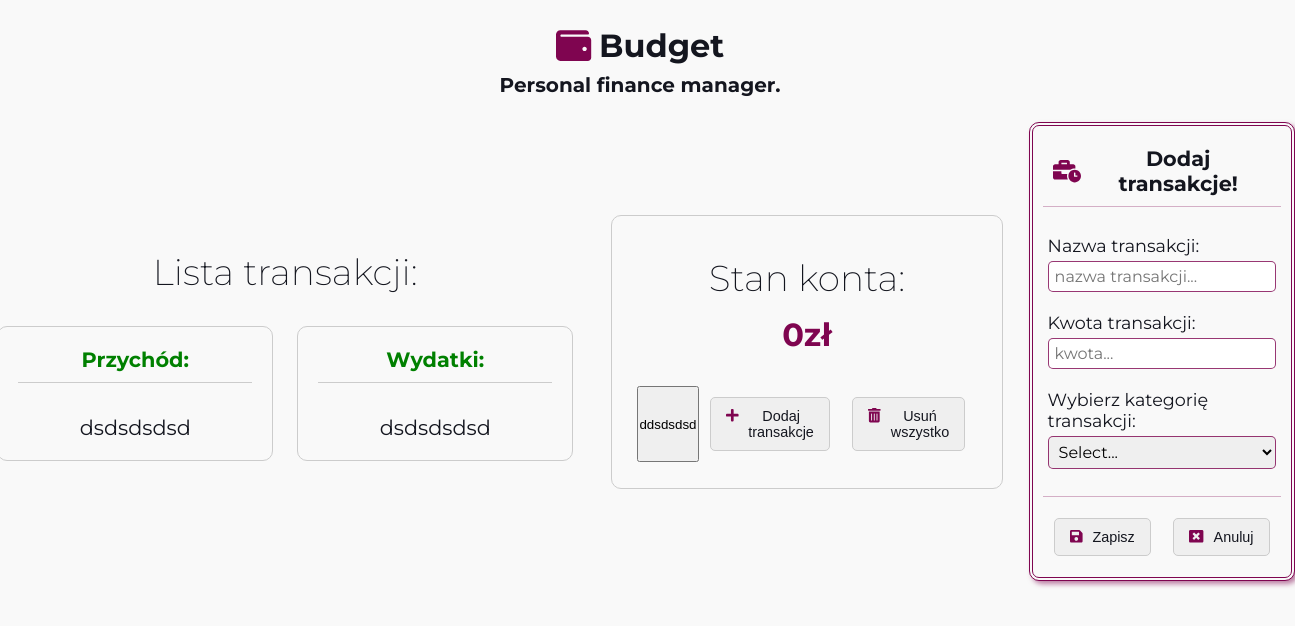
Repository: KrzysKolo/sr_tydzien4_zad4
Page: /
An editor plug-in stored every save of this project. The page is shown before and after the next save, followed by the edit.
The browser window is 1280 px wide. The page is 1295 px wide, then 1280 px, so the pictures cover 1295 px, including what lies to the right of the window. The pictures show the whole page.
Some web libraries are served in a nearby version. The project was rebuilt for these pictures with package versions that can differ from the ones it lists, and the page was loaded fresh each time. Also part of the build but not shown: src/components/budgetComponents/formComponents/ErrorMessage.js.

Above is the page before, as saved 2020-12-03 17:50:40.

### public/index.html
<!DOCTYPE html>
<html lang="en">
  <head>
    <meta charset="utf-8" />
    <link rel="icon" href="%PUBLIC_URL%/favicon.ico" />
    <meta name="viewport" content="width=device-width, initial-scale=1" />
    <meta name="theme-color" content="#000000" />
    <meta
      name="description"
      content="Web site created using create-react-app"
    />
    <link rel="apple-touch-icon" href="%PUBLIC_URL%/logo192.png" />
    <!--
      manifest.json provides metadata used when your web app is installed on a
      user's mobile device or desktop. See https://developers.google.com/web/fundamentals/web-app-manifest/
    -->
    <link rel="manifest" href="%PUBLIC_URL%/manifest.json" />
    <!--
      Notice the use of %PUBLIC_URL% in the tags above.
      It will be replaced with the URL of the `public` folder during the build.
      Only files inside the `public` folder can be referenced from the HTML.

      Unlike "/favicon.ico" or "favicon.ico", "%PUBLIC_URL%/favicon.ico" will
      work correctly both with client-side routing and a non-root public URL.
      Learn how to configure a non-root public URL by running `npm run build`.
    -->
    <link
      href="https://fonts.googleapis.com/css?family=Montserrat:200,400,700&display=swap&subset=latin-ext"
      rel="stylesheet"
    />
    <script
      src="https://kit.fontawesome.com/327a0d490c.js"
      crossorigin="anonymous"
    ></script>
    <title>Budget</title>
  </head>
  <body>
    <noscript>You need to enable JavaScript to run this app.</noscript>
    <div id="root"></div>
    <!--
      This HTML file is a template.
      If you open it directly in the browser, you will see an empty page.

      You can add webfonts, meta tags, or analytics to this file.
      The build step will place the bundled scripts into the <body> tag.

      To begin the development, run `npm start` or `yarn start`.
      To create a production bundle, use `npm run build` or `yarn build`.
    -->
  </body>
</html>

### src/App.js
import React from 'react';
import Budget from './components/Budget'

const App = () => {
  return (
    <>
      <Budget/>
    </>
  )
}

export default App;

### src/components/Budget.js
import React from 'react';
import Header from './budgetComponents/Header';
import Section from './budgetComponents/Section';
import SectionInfo from './budgetComponents/SectionInfo';
import H2 from './budgetComponents/sectionComponents/H2';
import styled, { createGlobalStyle } from 'styled-components';

const GlobalStyle = createGlobalStyle`
    * {
        padding: 0;
        margin: 0;
        box-sizing: border-box;
    }
    body {
        background-color: #f9f9f9;
        color: #14161f;
        font-family: "Montserrat", sans-serif;
        font-size: 16px;
        min-height: 100vh;
    }
    `;
const Container = styled.main`
    font-size: 1.5rem;
`;
const SectionContainer = styled.section`
    display: flex;
    flex-direction: row;
    justify-content: center;
    align-items: center;
`;
const SectionBudget = styled.section`
    display: flex;
    flex-direction: column;
    justify-content: center;
    align-items: center;
`;
const DivItems = styled.div`
    display: flex;
    flex-direction: row;
    justify-content: center;
    align-items: center;

`;
const Budget = () => {
    return (
        <>
            <GlobalStyle />
            <Container>
                <Header />
                <SectionContainer>
                    <SectionBudget>
                        <H2 title={"Lista transakcji"} />
                        <DivItems>
                            <Section title={"Przychód"} label={"p"}/>
                            <Section title={"Wydatki"}/>
                        </DivItems>
                    </SectionBudget>
                    <SectionInfo title={"Stan konta"}/>
                </SectionContainer>
            </Container>

        </>
    )
}

export default Budget;

### src/components/budgetComponents/Header.js
import React from 'react';
import styled from 'styled-components';
import { FontAwesomeIcon } from '@fortawesome/react-fontawesome';
import { faWallet } from '@fortawesome/free-solid-svg-icons';

const SectionHeader = styled.header`
    align-items: center;
    color: rgb(127, 5, 80);
    display: flex;
    font-size: 2.2rem;
    flex-direction: column;
    justify-content: center;
    padding: 2%;
`;
const DivHeader = styled.div`
    align-items: center;
    display: flex;
    flex-direction: row;
    justify-content: center;
    margin-bottom: 0.5rem;
`;
const H1Header = styled.h1`
    color: #14161f;
    font-size: 2rem;
    margin-left: .5rem;
`;
const H2Header = styled.h2`
    color: #14161f;
    font-size: 1.25rem;
`;
const Header = () => {
    return (
        <SectionHeader>
            <DivHeader>
                <FontAwesomeIcon icon={faWallet}/>
                <H1Header>Budget</H1Header>
            </DivHeader>
            <H2Header>Personal finance manager.</H2Header>
        </SectionHeader>
    )
}

export default Header;

### src/components/budgetComponents/Section.js
import React from 'react';
import { H1 }from './sectionComponents/index';
import styled from 'styled-components';

const SectionWrapper = styled.section`
    border: 1px solid #ccc;
    border-radius: 10px;
    display: flex;
    flex-direction: column;
    font-size: 1.3rem;
    justify-content: center;
    align-items: center;
    margin: 2%;
    padding: 20px;
    width: 300px;
`;
const Section = ({ title, label }) => {
    return (
        <SectionWrapper>
           <H1 title={title} label={label}> </H1>
           <p>dsdsdsdsd</p>
        </SectionWrapper>
    )
}

export default Section;

### src/components/budgetComponents/SectionInfo.js
import React, { useState } from 'react';
import { H2, P } from './sectionComponents/index';
import Form from './Form';
import Button from './../budgetComponents/buttons/Button';
import styled from 'styled-components';
import { faPlus,  faTrashAlt } from '@fortawesome/free-solid-svg-icons';
const SectionWrapper = styled.section`
    border: 1px solid #ccc;
    border-radius: 10px;
    display: flex;
    flex-direction: column;
    margin: 2vw;
    padding: 2%;
`;
const ButtonWrapper = styled.div`
    display: flex;
    flex-direction: row;
`;

const SectionInfo = ({ title }) => {
    const [showForm, setShowForm] = useState(true);
    const openForm = () =>{
        console.log("aaaaa");
        setShowForm(prev => !prev);
  };
    return (
        <>
        <SectionWrapper>
           <H2 title={title}> </H2>
           <P />
           <ButtonWrapper>
               <button onClick={openForm}>ddsdsdsd</button>
                <Button onClick={openForm} title="Dodaj transakcje" icons={faPlus} />
                <Button title="Usuń wszystko" icons={faTrashAlt} type="submit"/>
           </ButtonWrapper>

        </SectionWrapper>
        <Form showForm={showForm} setShowForm={setShowForm} />
        </>
    )
}

export default SectionInfo;

### src/components/budgetComponents/sectionComponents/H2.js
import React from 'react'
import styled from 'styled-components';

const TitleH2 = styled.h2`
    font-weight: 200;
    margin: 2% auto;
    padding: 0.5rem;
`;

const H2 = ({title}) => {
    return (
        <TitleH2>
            {title}:
        </TitleH2>
    )
}

export default H2;

### src/components/budgetComponents/sectionComponents/index.js
export { default as H1 } from './H1';
export { default as H2 } from './H2';
export { default as P } from './P';

### src/components/budgetComponents/Form.js
import React, { useState } from 'react';
import { Header, Input, Select } from './formComponents/';
import Button from './buttons/Button';
import styled from 'styled-components';
import SelectOptions from './../data/SelectOptions';
import { faBusinessTime, faSave, faWindowClose } from '@fortawesome/free-solid-svg-icons';
import { useFormik } from 'formik';
import * as yup from 'yup';

const FormWrapper = styled.form`

    background-color: #f9f9f9;
    border: 4px double rgb(127, 5, 80);
    border-radius: 10px;
    box-shadow: 3px 3px 5px rgba(127, 5, 80, 0.5);
    color: rgb(127, 5, 80);
    margin: 0 auto;
    padding: 10px;
    width: 30vw;
`;
const ButtonWrapper = styled.div`
    display: flex;
    flex-direction: row;
    justify-content: center;
    border-top: 1px solid rgba(127, 5, 80, 0.3);
    padding-top: 10px;
    margin-top: 1.4rem;
`;

const FormData = ({ showForm }) => {
    const initialValues  = {
        name: '',
        amount: '',
        category: -1,
    };
    const validationSchema = yup.object({
        name: yup.string().required("Required").min(3, "Musi być min 3 znaki").max(50,"Moze być max 50 znaków"),
        amount: yup.number().required("Required").min(1, "Musi być conajmniej 1 cyfra"),
        category: yup.number().required("Musi być wybrane").min(0, ).max(5),
    })
    const onSubmit = ( values, {resetForm} ) => {
        console.log('Form data', values);
        setShowMessage(true);
        resetForm();
    };
    const [ showMessage, setShowMessage ] = useState(false);
    const formik = useFormik({
        initialValues,
        validationSchema,
        onSubmit,
    });
    return (
        <>
        { showForm &&
        <FormWrapper onSubmit={formik.handleSubmit}>
            <Header icons={faBusinessTime} title={"Dodaj transakcje!"} />
            <Input type="text" label="Nazwa transakcji" name="name" placeholder="nazwa transakcji..." onChange={formik.handleChange} value={formik.values.name} onBlur={formik.handleBlur} error={formik.errors.name} message={formik.errors.name} touched={formik.touched.name} />
            <Input type="text" label="Kwota transakcji" name="amount" placeholder="kwota..." onChange={formik.handleChange} value={formik.values.amount} onBlur={formik.handleBlur} error={formik.errors.amount} message={formik.errors.amount} touched={formik.touched.amount}/>
            <Select options={SelectOptions} label="Wybierz kategorię transakcji" name="category" onChange={formik.handleChange} value={formik.values.category} onBlur={formik.handleBlur} error={formik.errors.category} message={formik.errors.category} touched={formik.touched.category}/>
            <ButtonWrapper>
                <Button type="save" title="Zapisz" icons={faSave}/>
                <Button title="Anuluj" icons={faWindowClose} type="cancel"  />
            </ButtonWrapper>
        </FormWrapper>
        }
        </>
    )
}

export default FormData;

### src/components/budgetComponents/buttons/Button.js
import React from 'react';
import styled from 'styled-components';
import { FontAwesomeIcon } from '@fortawesome/react-fontawesome';

const ButtonDiv = styled.button`
    border: 1px solid #ccc;
    border-radius: 5px;
    margin: 0.7rem;
    padding: 10px 15px;
    display: flex;
    flex-direction: row;
    color: rgb(127, 5, 80);
    font-size: 0.9rem;
    cursor: pointer;
    transition: 0.3s ease-in-out;
    &:hover {
        border: 1px solid rgba(127, 5, 80, 0.4);
        background-color:  #f9f9f9;
        color: rgba(127, 5, 80, 0.5);
    }
`;
const ButtonTitleDiv = styled.div`
    margin-left: 10px;
    color: #14161f;
`;
const Button = ({ title, icons }) => {
    return (
        <ButtonDiv>
            <FontAwesomeIcon icon={icons} />
            <ButtonTitleDiv>{title}</ButtonTitleDiv>
        </ButtonDiv>
    )
}

export default Button;

### src/components/budgetComponents/sectionComponents/H1.js
import React from 'react'
import styled from 'styled-components';

const TitleH1 = styled.h1`
    border-bottom: 1px solid #ccc;
    color: ${label => label ? 'green' : 'red'};
    margin-bottom: 2rem;
    padding-bottom: 10px;
    display: block;
    width: 100%;
    text-align: center;
`;

const H1 = ({title, label}) => {
    return (
        <TitleH1>
            {title}:
        </TitleH1>
    )
}

export default H1;

### src/components/budgetComponents/sectionComponents/P.js
import React from 'react';
import styled from 'styled-components';

const InfoP = styled.p`
    color: rgb(127, 5, 80);
    font-size: 2rem;
    font-weight: bold;
    width: 100%auto;
    text-align: center;
    padding-bottom: 2rem;
`;

const P = () => {
    return (
        <InfoP>
            0zł
        </InfoP>
    )
}

export default P;

### src/components/budgetComponents/formComponents/index.js
export { default as Header } from './Header';
export { default as Input } from './Input';
export { default as ErrorMessage } from './ErrorMessage';
export { default as Select } from './Select';

### src/components/data/SelectOptions.js
const SelectOptions=[
    { id: -1, value: "-1", label:"", title: 'Select...' },
    { id: 0, value: "0", label:"[+]", title: 'Przychód' },
    { id: 1, value: "1", label:"[-]", title: 'Rachunki' },
    { id: 2, value: "2", label:"[-]", title: 'Sport' },
    { id: 3, value: "3", label:"[-]", title: 'Wyżywienie' },
    { id: 4, value: "4", label:"[-]", title: 'Kultura' },
    { id: 5, value: "5", label:"[-]", title: 'Wypoczynek' },
];
export default SelectOptions;

### src/components/budgetComponents/formComponents/Header.js
import React from 'react';
import styled from 'styled-components';
import { FontAwesomeIcon } from '@fortawesome/react-fontawesome';

const TitleH1 = styled.h1`
    border-bottom: 1px solid rgba(127, 5, 80, 0.3);
    display: flex;
    flex-direction: row;
    justify-content: center;
    align-items: center;
    font-size: 1.4rem;
    padding: 10px;
    text-align: center;
    margin-bottom: 1.4rem;
`;
const TitleDiv = styled.div`
    color: #14161f;
    font-family: "Montserrat", sans-serif;
    font-size: 1.3rem;
    font-weight: 600;
    margin-left: 5px;
`;
const Header = ({ title, icons } ) => {
    return (
        <TitleH1>
            <FontAwesomeIcon icon={icons}/>
            <TitleDiv>{title}</TitleDiv>
        </TitleH1>
    )
}

export default Header;

### src/components/budgetComponents/formComponents/Input.js
import React from 'react';
import styled from 'styled-components';
import ErrorMessage from './ErrorMessage';

const InputWrapper = styled.div`
    display: flex;
    flex-direction: column;
    justify-content: flex-start;
    color: #14161f;
    font-family: "Montserrat", sans-serif;
    padding: 5px;
    margin: 10px 0;
`;
const InputLabel = styled.label`
    padding-bottom: 5px;
    font-size: 1.1rem;
`;
const inputStyles = (error) => `
    padding: 5px 6px;
    border: 1px solid ${error ? '#d3170d' : 'rgba(127, 5, 80, 0.8)'};
    border-radius: 5px;
    font-family: inherit;
    font-size: 1rem;
`;
const InputContainer = styled.input`
    ${props => inputStyles(props.error && props.touched)}
`;
const Input = (props) => {
    const { label, name, message, error, touched, onClick} = props;
    return (
        <InputWrapper onClick={onClick}>
                <InputLabel htmlFor={name}>{label}:</InputLabel>
                <InputContainer {...props} id={name} />
                { error && touched && <ErrorMessage message={message}/>}
        </InputWrapper>
    )
}

export default Input;

### src/components/budgetComponents/formComponents/Select.js
import React from 'react';
import styled from 'styled-components';
import ErrorMessage from './ErrorMessage';

const SelectWrapper = styled.div`
    display: flex;
    flex-direction: column;
    justify-content: flex-start;
    color: #14161f;
    font-family: "Montserrat", sans-serif;
    padding: 5px;
    margin: 10px 0;
`;
const SelectLabel = styled.label`
    padding-bottom: 5px;
    font-size: 1.1rem;
`;
const selectStyles = (error) => `
    padding: 5px 6px;
    border: 1px solid ${error ? '#d3170d' : 'rgba(127, 5, 80, 0.8)'};
    border-radius: 5px;
    font-family: inherit;
    font-size: 1rem;
`;
const SelectContainer = styled.select`
    ${props => selectStyles(props.error && props.touched)}
`;

const Select = (props) => {
    const { label, name, options, error, message, touched } = props;
    return (
            <SelectWrapper>
                <SelectLabel>{label}:</SelectLabel>
                <SelectContainer {...props} id={name}>
                    {options.map(option => {
                        return (
                            <option key={option.id} value={option.value}>{option.label} {option.title}</option>
                        )
                    })}
                </SelectContainer>
                { error && touched && <ErrorMessage message={message} />}
            </SelectWrapper>
    )
}

export default Select;

Loaded but not shown: src/index.js (common file); src/index.css (common file)

After the next save:
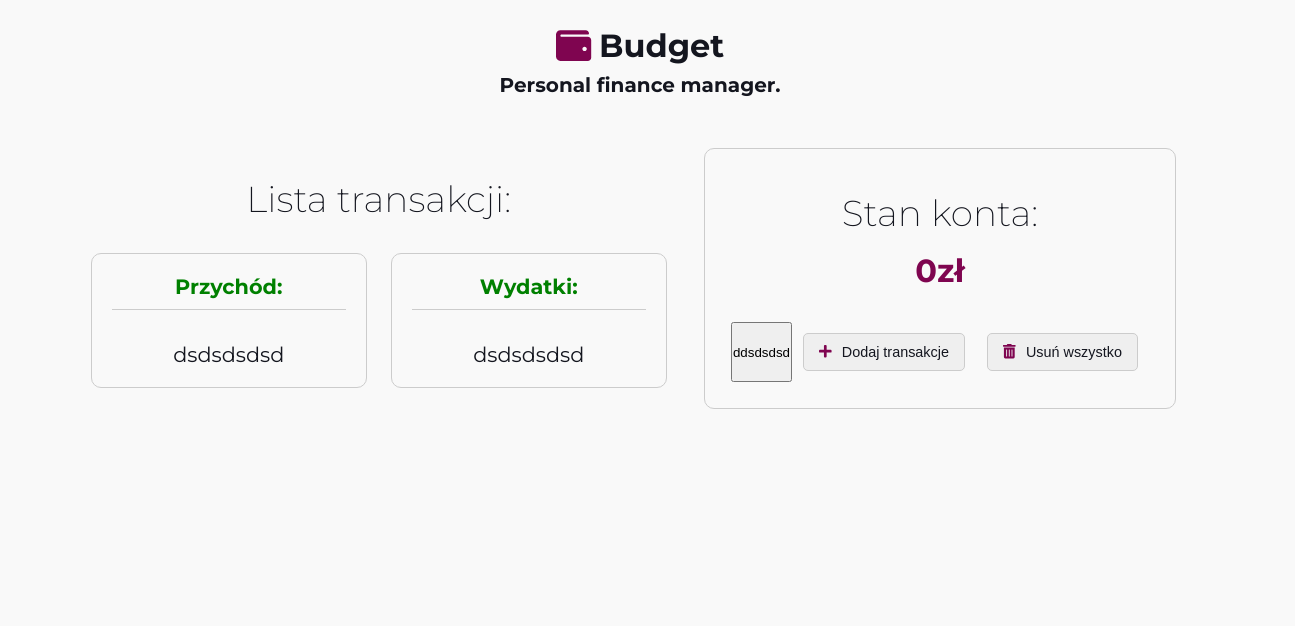
Saved 25 s later.
--- a/src/components/budgetComponents/SectionInfo.js
+++ b/src/components/budgetComponents/SectionInfo.js
@@ -18,7 +18,7 @@ const ButtonWrapper = styled.div`
 `;
 
 const SectionInfo = ({ title }) => {
-    const [showForm, setShowForm] = useState(true);
+    const [showForm, setShowForm] = useState(false);
     const openForm = () =>{
         console.log("aaaaa");
         setShowForm(prev => !prev);
